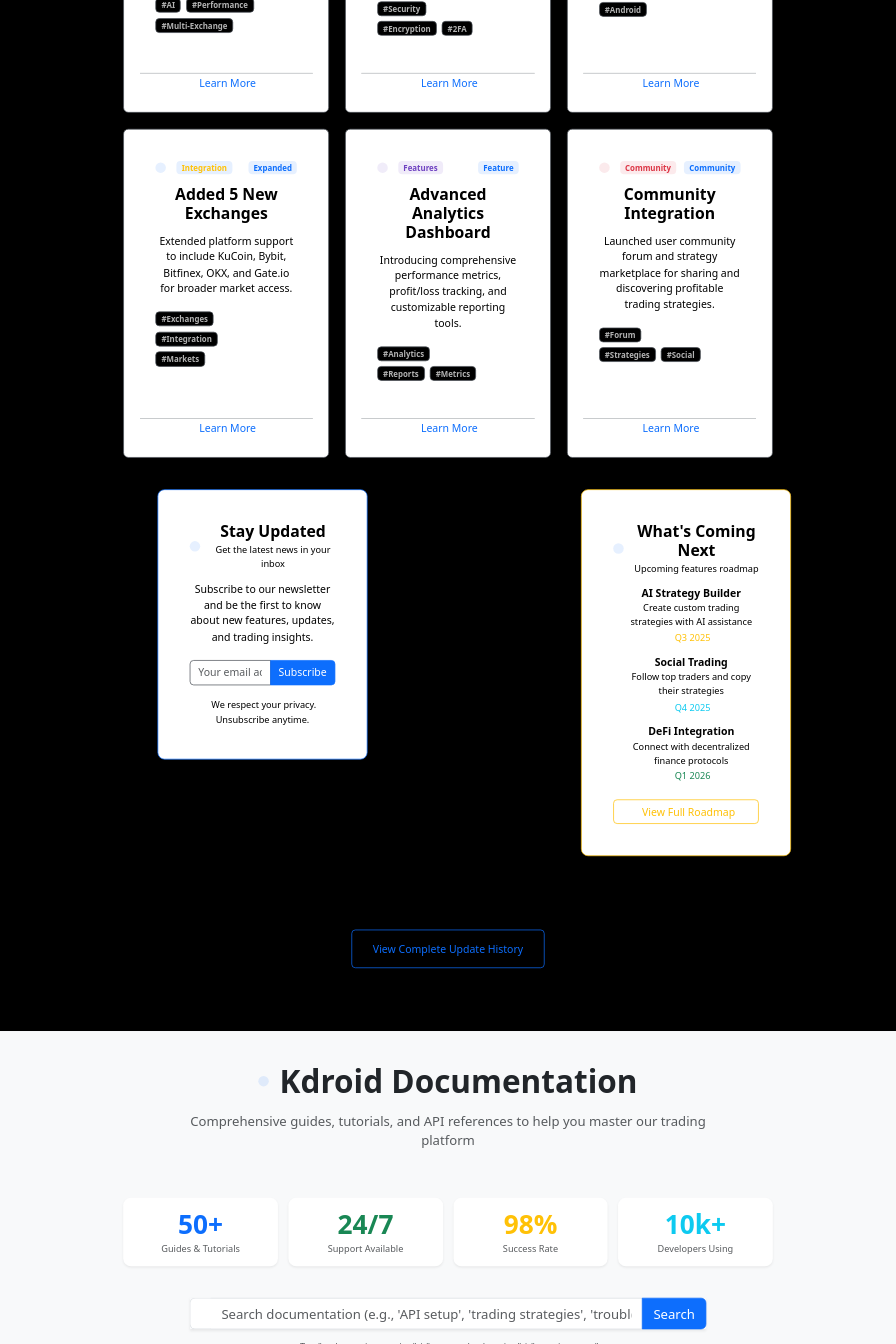
Repository: Kevin-Pro-Codes/halo-trading
Page: /
These files come from the project's save history. The page is drawn as it stood at one moment and after the next save; the edit follows.
The browser window is 1280 px wide. The pictures show the part of the page from y = 3890 to 5810 px (the page is 19648 px tall), at 70% of full size.
The page's requests for data from a server got no answer. The project was rebuilt for these pictures with package versions that can differ from the ones it lists, and the page was loaded fresh each time. Some packages were replaced by stand-ins written for this rebuild. No one was signed in, and anything a server would have sent is missing. Also part of the build but not shown: vite.config.js, src/styles/DocStyle.css, src/styles/PricingStyle.css.

Above is the page before, as saved 2025-12-09 20:13:33.

### src/components/LatestSection.jsx
import React from 'react';

const LatestSection = () => {
  const updates = [
    {
      id: 1,
      title: "Version 3.0 Launched",
      description: "Major platform upgrade with AI-powered trading signals, enhanced backtesting, and multi-exchange arbitrage capabilities.",
      category: "Platform Update",
      date: "June 2025",
      icon: "bi-rocket-takeoff-fill",
      color: "primary",
      badge: "New",
      tags: ["AI", "Performance", "Multi-Exchange"]
    },
    {
      id: 2,
      title: "Enhanced Security Framework",
      description: "Implemented advanced API key encryption, multi-factor authentication, and real-time threat detection systems.",
      category: "Security",
      date: "May 2025",
      icon: "bi-shield-check",
      color: "success",
      badge: "Enhanced",
      tags: ["Security", "Encryption", "2FA"]
    },
    {
      id: 3,
      title: "Mobile App 2.0 Released",
      description: "Redesigned mobile application with real-time notifications, advanced charting, and one-click trade execution.",
      category: "Mobile",
      date: "April 2025",
      icon: "bi-phone-fill",
      color: "info",
      badge: "Update",
      tags: ["Mobile", "iOS", "Android"]
    },
    {
      id: 4,
      title: "Added 5 New Exchanges",
      description: "Extended platform support to include KuCoin, Bybit, Bitfinex, OKX, and Gate.io for broader market access.",
      category: "Integration",
      date: "March 2025",
      icon: "bi-arrow-left-right",
      color: "warning",
      badge: "Expanded",
      tags: ["Exchanges", "Integration", "Markets"]
    },
    {
      id: 5,
      title: "Advanced Analytics Dashboard",
      description: "Introducing comprehensive performance metrics, profit/loss tracking, and customizable reporting tools.",
      category: "Features",
      date: "February 2025",
      icon: "bi-graph-up",
      color: "purple",
      badge: "Feature",
      tags: ["Analytics", "Reports", "Metrics"]
    },
    {
      id: 6,
      title: "Community Integration",
      description: "Launched user community forum and strategy marketplace for sharing and discovering profitable trading strategies.",
      category: "Community",
      date: "January 2025",
      icon: "bi-people-fill",
      color: "danger",
      badge: "Community",
      tags: ["Forum", "Strategies", "Social"]
    }
  ];

  const categories = [
    { id: "all", name: "All Updates", icon: "bi-grid", count: updates.length },
    { id: "platform", name: "Platform", icon: "bi-rocket", count: 1 },
    { id: "security", name: "Security", icon: "bi-shield", count: 1 },
    { id: "mobile", name: "Mobile", icon: "bi-phone", count: 1 },
    { id: "integration", name: "Integration", icon: "bi-arrow-left-right", count: 1 },
    { id: "features", name: "Features", icon: "bi-stars", count: 1 },
    { id: "community", name: "Community", icon: "bi-people", count: 1 }
  ];

  return (
    <section className="py-5 bg-dark text-white">
      <div className="container">
        {/* Header */}
        <div className="row justify-content-center text-center mb-5">
          <div className="col-lg-8">
            <div className="d-flex align-items-center justify-content-center mb-3">
              <div className="bg-primary bg-opacity-10 p-2 rounded-circle me-3">
                <i className="bi bi-megaphone-fill text-primary fs-3"></i>
              </div>
              <h2 className="display-5 fw-bold mb-0 text-white">Latest Updates & News</h2>
            </div>
            <p className="lead text-white-50 mb-4">
              Stay updated with the latest features, improvements, and announcements from our trading platform
            </p>
          </div>
        </div>

        {/* Stats Summary */}
        <div className="row justify-content-center mb-5">
          <div className="col-lg-10">
            <div className="row g-3">
              <div className="col-md-3 col-6">
                <div className="text-center p-3 bg-dark bg-opacity-50 border border-secondary rounded-3">
                  <div className="display-6 fw-bold text-primary mb-1">{updates.length}</div>
                  <div className="text-white-50 small">Total Updates</div>
                </div>
              </div>
              <div className="col-md-3 col-6">
                <div className="text-center p-3 bg-dark bg-opacity-50 border border-secondary rounded-3">
                  <div className="display-6 fw-bold text-success mb-1">5</div>
                  <div className="text-white-50 small">New Exchanges</div>
                </div>
              </div>
              <div className="col-md-3 col-6">
                <div className="text-center p-3 bg-dark bg-opacity-50 border border-secondary rounded-3">
                  <div className="display-6 fw-bold text-warning mb-1">3.0</div>
                  <div className="text-white-50 small">Current Version</div>
                </div>
              </div>
              <div className="col-md-3 col-6">
                <div className="text-center p-3 bg-dark bg-opacity-50 border border-secondary rounded-3">
                  <div className="display-6 fw-bold text-info mb-1">98%</div>
                  <div className="text-white-50 small">Uptime Rate</div>
                </div>
              </div>
            </div>
          </div>
        </div>

        {/* Category Filter */}
        <div className="row justify-content-center mb-4">
          <div className="col-lg-10">
            <div className="d-flex flex-wrap justify-content-center gap-2 mb-4">
              {categories.map((category) => (
                <button
                  key={category.id}
                  className="btn btn-outline-primary btn-sm px-3 py-2"
                >
                  <i className={`bi ${category.icon} me-2`}></i>
                  {category.name}
                  <span className="badge bg-primary ms-2">{category.count}</span>
                </button>
              ))}
            </div>
          </div>
        </div>

       {/* Updates Grid */}
<div className="row justify-content-center">
  <div className="col-lg-10">
    <div className="row g-4">
      {updates.map((update) => (
        <div key={update.id} className="col-md-6 col-lg-4">
          <div className="card h-100 border-secondary bg-white hover-lift transition-all">
            <div className="card-body p-4">
              <div className="d-flex justify-content-between align-items-start mb-3">
                <div className="d-flex align-items-center">
                  <div className={`bg-${update.color} bg-opacity-10 p-2 rounded-circle me-3`}>
                    <i className={`bi ${update.icon} text-${update.color} fs-5`}></i>
                  </div>
                  <span className={`badge bg-${update.color} bg-opacity-10 text-${update.color}`}>
                    {update.category}
                  </span>
                </div>
                <span className="badge bg-primary bg-opacity-10 text-primary">
                  {update.badge}
                </span>
              </div>

              <h4 className="fw-bold mb-3 text-black">{update.title}</h4>
              <p className="text-black mb-4">{update.description}</p>

              <div className="d-flex justify-content-between align-items-center mt-auto">
                <div className="d-flex flex-wrap gap-2"> {/* REMOVED: pb-5 class */}
                  {update.tags.map((tag, index) => (
                    <span key={index} className="badge bg-dark border border-secondary text-white-50 small pb-1.5">
                      #{tag}
                    </span>
                  ))}
                </div>
                <div className="text-end">
                  <div className="text-white-50 small">{update.date}</div>
                </div>
              </div>
            </div>

            {/* Card Footer */}
            <div className="card-footer bg-white border-top border-secondary pt-0">
              <button className="btn btn-link text-decoration-none p-0 text-primary">
                <i className="bi bi-arrow-right-circle me-1"></i>
                Learn More
              </button>
            </div>
          </div>
        </div>
      ))}
    </div>
  </div>
</div>

{/* Two Boxes at Bottom - FULL CONTROL */}
<div style={{
  width: '100%',
  padding: '0px',
  marginTop: '3rem',
  marginBottom: '2rem'
}}>
  <div style={{
    display: 'flex',
    gap: '30px',
    justifyContent: 'center'
  }}>

    {/* Left Box: Newsletter */}
    <div style={{
      flex: '1',
      minWidth: '650px',
      maxWidth: '700px'
    }}>
      <div className="card border-primary bg-white" style={{
        minHeight: '380px',
        borderRadius: '10px'
      }}>
        <div className="card-body p-4 d-flex flex-column">

          <div className="d-flex align-items-center mb-3">
            <div className="bg-primary bg-opacity-10 p-2 rounded-circle me-3">
              <i className="bi bi-bell-fill text-black fs-4"></i>
            </div>
            <div>
              <h4 className="fw-bold mb-1 text-black">Stay Updated</h4>
              <p className="text-black small mb-0">Get the latest news in your inbox</p>
            </div>
          </div>

          <p className="text-black mb-4">
            Subscribe to our newsletter and be the first to know about new features, updates, and trading insights.
          </p>

          <div className="mt-auto">
            <div className="input-group mb-3">
              <input
                type="email"
                className="form-control border-secondary"
                placeholder="Your email address"
              />
              <button className="btn btn-primary">Subscribe</button>
            </div>
            <small className="text-black">
              <i className="bi bi-shield-check me-1"></i>
              We respect your privacy. Unsubscribe anytime.
            </small>
          </div>
        </div>
      </div>
    </div>

    {/* Right Box: Roadmap */}
    <div style={{
      flex: '1',
      minWidth: '500px',
      maxWidth: '700px'
    }}>
      <div className="card border-warning bg-white" style={{
        minHeight: '380px',
        borderRadius: '10px'
      }}>
        <div className="card-body p-4 d-flex flex-column">

          <div className="d-flex align-items-center mb-3">
            <div className="bg-warning bg-opacity-10 p-2 rounded-circle me-3">
              <i className="bi bi-map text-warning fs-4"></i>
            </div>
            <div>
              <h4 className="fw-bold mb-1 text-black">What's Coming Next</h4>
              <p className="text-black small mb-0">Upcoming features roadmap</p>
            </div>
          </div>

          <div className="mb-4">
            <div className="d-flex align-items-start mb-3">
              <div className="text-warning me-3 mt-1"><i className="bi bi-circle-fill"></i></div>
              <div>
                <h6 className="fw-bold mb-1 text-black">AI Strategy Builder</h6>
                <p className="text-black small mb-0">Create custom trading strategies with AI assistance</p>
                <small className="text-warning"><i className="bi bi-calendar me-1"></i> Q3 2025</small>
              </div>
            </div>

            <div className="d-flex align-items-start mb-3">
              <div className="text-info me-3 mt-1"><i className="bi bi-circle-fill"></i></div>
              <div>
                <h6 className="fw-bold mb-1 text-black">Social Trading</h6>
                <p className="text-black small mb-0">Follow top traders and copy their strategies</p>
                <small className="text-info"><i className="bi bi-calendar me-1"></i> Q4 2025</small>
              </div>
            </div>

            <div className="d-flex align-items-start">
              <div className="text-success me-3 mt-1"><i className="bi bi-circle-fill"></i></div>
              <div>
                <h6 className="fw-bold mb-1 text-black">DeFi Integration</h6>
                <p className="text-black small mb-0">Connect with decentralized finance protocols</p>
                <small className="text-success"><i className="bi bi-calendar me-1"></i> Q1 2026</small>
              </div>
            </div>
          </div>

          <div className="mt-auto">
            <button className="btn btn-outline-warning w-100">
              <i className="bi bi-clock-history me-2"></i>
              View Full Roadmap
            </button>
          </div>
        </div>
      </div>
    </div>

  </div>
</div>

        {/* View All Button - Adjusted for bottom position */}
        <div className="row justify-content-center mt-5 py-5"> {/* CHANGED: Increased top margin to mt-5 and added vertical padding with py-5 */}
          <div className="col-lg-10 text-center">
            <button className="btn btn-outline-primary px-4 py-3">
              <i className="bi bi-clock-history me-2"></i>
              View Complete Update History
              <i className="bi bi-arrow-right ms-2"></i>
            </button>
          </div>
        </div>
      </div>

      {/* CSS Styling */}
      <style jsx>{`
        .bg-dark {
          background-color: #000000 !important;
        }
          .bg-white {
          background-color: #ffffffff !important;
        }
        .hover-lift {
          transition: all 0.3s ease;
        }

        .hover-lift:hover {
          transform: translateY(-5px);
          box-shadow: 0 10px 25px rgba(0, 0, 0, 0.3) !important;
          border-color: #495057 !important;
        }

        .transition-all {
          transition: all 0.3s ease;
        }

        .bg-purple {
          background-color: #6f42c1 !important;
        }

        .text-purple {
          color: #6f42c1 !important;
        }

        .bg-purple.bg-opacity-10 {
          background-color: rgba(111, 66, 193, 0.1) !important;
        }

        .bg-danger.bg-opacity-10 {
          background-color: rgba(220, 53, 69, 0.1) !important;
        }

        .text-white-50 {
          color: rgba(255, 255, 255, 0.7) !important;
        }

        .border-secondary {
          border-color: #495057 !important;
        }

        .btn-outline-primary:hover {
          transform: translateY(-2px);
          box-shadow: 0 5px 15px rgba(13, 110, 253, 0.2);
        }

        .btn-outline-warning:hover {
          transform: translateY(-2px);
          box-shadow: 0 5px 15px rgba(255, 193, 7, 0.2);
        }

        .form-control:focus {
          background-color: #ffffffff !important;
          border-color: #86b7fe !important;
          box-shadow: 0 0 0 0.25rem rgba(13, 110, 253, 0.25) !important;
          color: white !important;
        }


      `}</style>
    </section>
  );
};

export default LatestSection;

### src/App.css
/* Variables */
:root {
  --primary-color: #646cff;
  --primary-hover: #535bf2;
  --text-dark: black;
  --text-light: #ffffff;
  --bg-dark: black;
  --bg-light: #ffffff;
  --border-radius: 4px;
  --transition: all 0.3s ease;
}

#root {
  max-width: 100%;
  margin: auto;
  padding: 0rem;
  text-align: center;
}

/* Base Styles */
* {
  box-sizing: border-box;
  margin: 0;
  padding: 0;


}

html {
  font-size: 15px;

}



/* Typography */
h1, h2, h3, h4, h5, h6 {
  margin-bottom: 1rem;
  line-height: 1.2;
}

h2 {
  font-size: 2rem;
}

h3 {
  font-size: 1.5rem;
  margin: 1rem 0;
}

p {
  margin-bottom: 1rem;
}

ul {
  list-style: none;
  padding-left: 0;
}

/* Utility Classes */
.black-text {
  color: var(--text-dark);
}

.white-text {
  color: var(--text-light);
}

.bg-white {
  background-color: var(--bg-light);
}

.bg-black {
  background-color: var(--bg-dark);
}


section {
  padding: 3rem 0;
}

.section-content {
  max-width: 2280px;
  margin: 0 auto;
  padding: 0 1rem;
}

.section-black {
  background-color: var(--bg-dark);
  color: var(--text-light);
}

### src/styles/ConverterStyle.css
/* Add to your existing CSS */
.converter-container {
  max-width: 500px;
  margin: 0 auto;
}

.converter-card {
  background-color: white;
  padding: 2rem;
  border-radius: var(--border-radius);
}

.converter-row {
  display: flex;
  align-items: center;
  margin-bottom: 1rem;
}

.converter-row label {
  width: 80px;
  text-align: right;
  margin-right: 1rem;
}

.converter-row input {
  flex: 1;
  padding: 0.5rem;
  border-radius: var(--border-radius);
  border: 1px solid #ddd;
  background-color: var(--bg-light);
  color: var(--text-dark);
}

.converter-card label,
.converter-card .rate-display {
  color: black; /* Replace with your desired color */
  font-weight: bold;
}

.rate-display {
  text-align: center;
  margin-top: 1.5rem;
  font-size: 0.9rem;
  opacity: 0.8;
}

/* Responsive adjustments */
@media (max-width: 600px) {
  .converter-row {
    flex-direction: column;
    align-items: flex-start;
  }

  .converter-row label {
    width: 100%;
    text-align: left;
    margin-bottom: 0.5rem;
  }
}

### src/styles/FooterStyle.css

/* Footer */
.footer-grid {
  display: grid;
  grid-template-columns: repeat(auto-fit, minmax(200px, 1fr));

}

.footer-col a {
  color: var(--text-light);
  text-decoration: none;

}

.footer-col a:hover {
  text-decoration: underline;

}

.footer-bottom {
  text-align: center;
  padding-top: 1rem;
  border-top: 1px solid rgba(255, 255, 255, 0.1);

}

.disclaimer {

  padding-bottom: 10px;
   margin-bottom: 0px !important;
}

Loaded but not shown: index.html (common file); src/main.jsx (common file); src/components/DocSection.jsx (389 lines, source omitted); src/components/ConverterSection.jsx (399 lines, source omitted); src/components/FaqSection.jsx (283 lines, source omitted); src/components/SetupSection.jsx (300 lines, source omitted); src/components/GallerySection.jsx (302 lines, source omitted); src/components/PricingSection.jsx (314 lines, source omitted); src/components/TestimonialSection.jsx (224 lines, source omitted); src/components/IntroSection.jsx (222 lines, source omitted); src/components/PerformanceSection.jsx (184 lines, source omitted); src/App.jsx (130 lines, source omitted); src/styles/NavbarStyle.css (126 lines, source omitted); src/index.css (81 lines, source omitted); src/styles/GalleryStyle.css (62 lines, source omitted); src/Navbar.jsx (48 lines, source omitted); src/Footer.jsx (40 lines, source omitted); src/styles/FaqStyle.css (no stored copy; drawn as an empty file); src/styles/IntroStyle.css (no stored copy; drawn as an empty file); src/styles/LatestStyle.css (no stored copy; drawn as an empty file); src/styles/PerformanceStyle.css (no stored copy; drawn as an empty file); src/styles/SetupStyle.css (no stored copy; drawn as an empty file); src/styles/TestimonialStyle.css (no stored copy; drawn as an empty file)

After the next save:
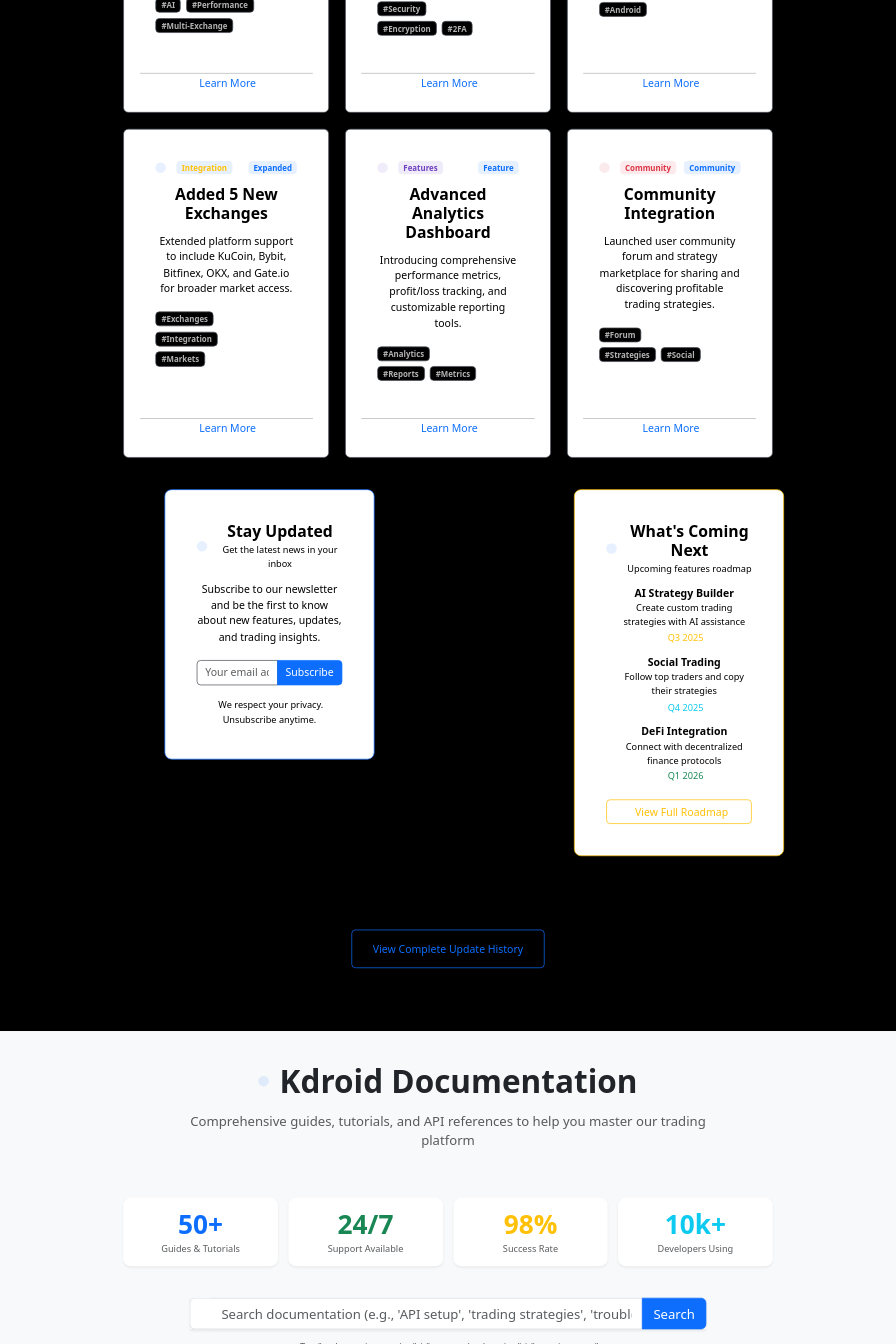
Saved 8 s later.
--- a/src/components/LatestSection.jsx
+++ b/src/components/LatestSection.jsx
@@ -210,7 +210,7 @@
 }}>
   <div style={{
     display: 'flex',
-    gap: '30px',
+    gap: '10px',
     justifyContent: 'center'
   }}>
 

After the save that followed:
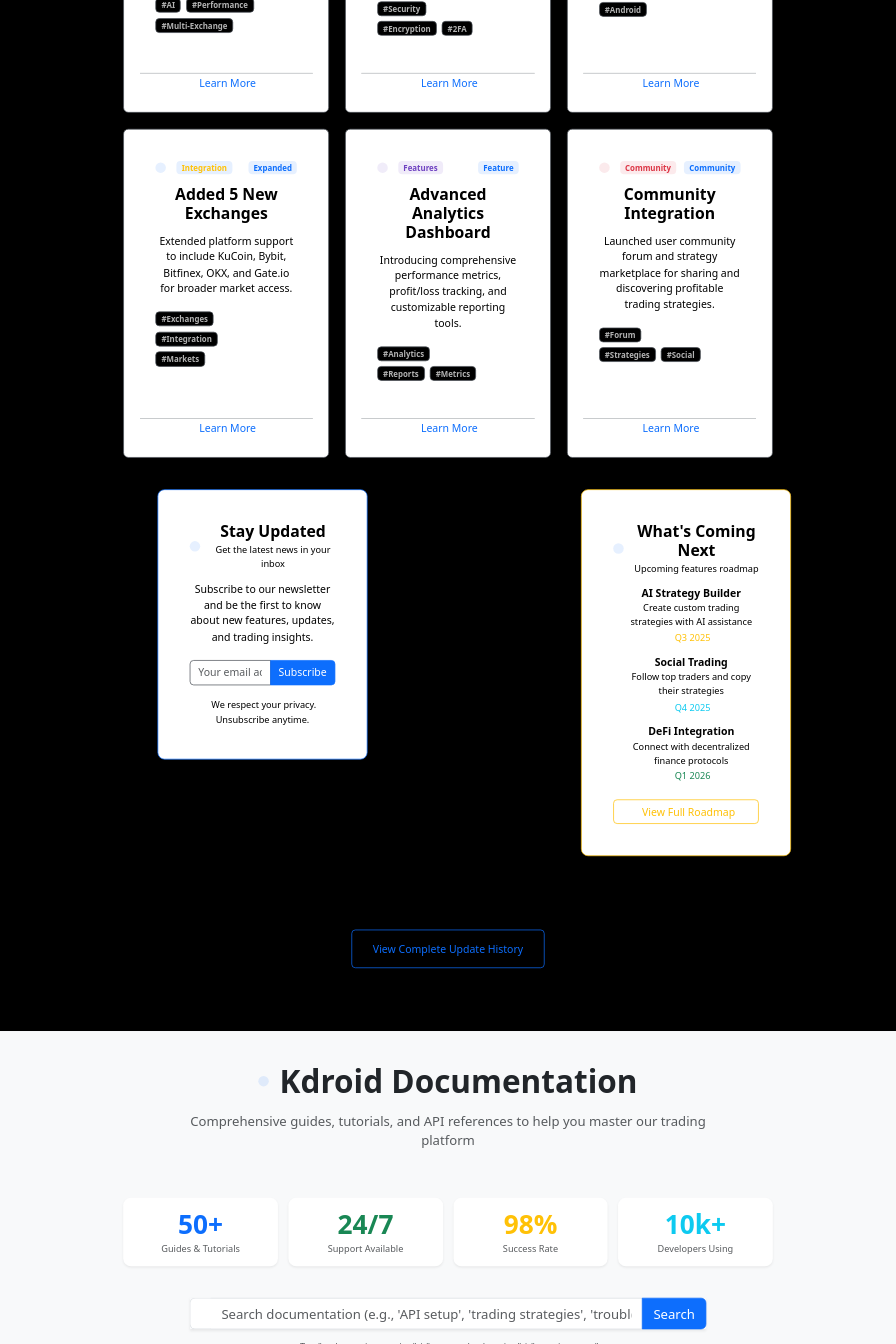
Saved 6 s later.
--- a/src/components/LatestSection.jsx
+++ b/src/components/LatestSection.jsx
@@ -210,7 +210,7 @@
 }}>
   <div style={{
     display: 'flex',
-    gap: '10px',
+    gap: '30px',
     justifyContent: 'center'
   }}>
 
